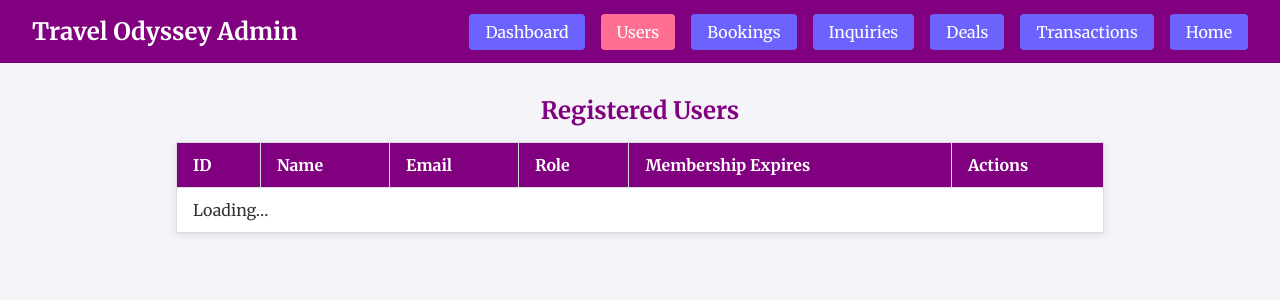
Repository: GHzPhoenix/Project-Odyssey
Page: Frontend/admin-users.html
These files come from the project's save history. The page is drawn as it stood at one moment and after the next save; the edit follows.
The browser window is 1280 px wide. The pictures show the whole page.
The page's requests for data from a server got no answer.

Above is the page before, as saved 2025-07-10 09:33:25.

After the next save:
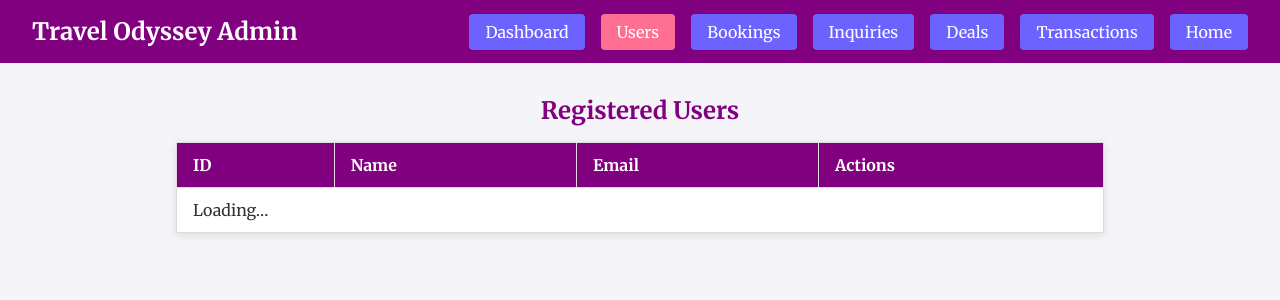
Saved 5 min 1 s later.
--- a/Frontend/admin-users.html
+++ b/Frontend/admin-users.html
@@ -30,8 +30,6 @@
             <th>ID</th>
             <th>Name</th>
             <th>Email</th>
-            <th>Role</th>
-            <th>Membership Expires</th>
             <th>Actions</th>
           </tr>
         </thead>
@@ -100,15 +98,9 @@
               <td>${u.id}</td>
               <td>${u.name}</td>
               <td>${u.email}</td>
-              <td>${u.role}</td>
-              <td>${u.membershipExpires || "–"}</td>
               <td>
-                <button class="action-btn edit-btn" data-id="${
-                  u.id
-                }">Edit</button>
-                <button class="action-btn delete-btn" data-id="${
-                  u.id
-                }">Delete</button>
+                <button class="action-btn edit-btn" data-id="${u.id}">Edit</button>
+                <button class="action-btn delete-btn" data-id="${u.id}">Delete</button>
               </td>
             </tr>
           `
